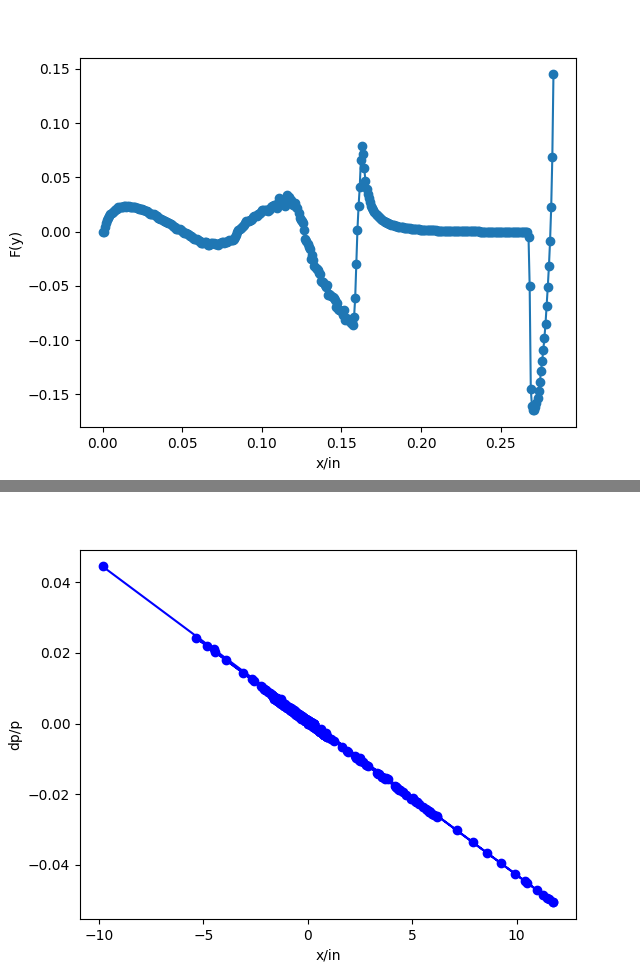
Repository: leiradom/Modified-linear-theory
Script's output: python 2_F_function.py
The author's editor kept a copy of each file at every save. The script's output is drawn from the files as they stood at one save, then again after the next save.
Each picture stacks the figures in order, with grey between them; figures that are only written to a file come last. Random numbers start from a fixed seed.

Above is the script's output before, as saved 2021-04-08 21:21:50.

### 2_F_function.py
#本程序实现求解无升力构型的F函数
#同时求解出未经修正的压力信号
#F函数是无量纲的

import math
import numpy as np
import matplotlib.pyplot as plt


M = 1.7                    #输入马赫数
P0 = 101325                 #输入大气静压
gama = 1.4                  #比热比
B = math.sqrt(M * M - 1)    #修正因子
k = (1 / math.sqrt(2)) * (gama + 1) * M**4 * B**(-1.5)   #特征性系数k
r0 = 63.072                      #r0为计算的位置  DWB为63.072  model1为20 2、3为10
con = (gama * M**2)/(math.sqrt(2 * B * r0))


volume = np.loadtxt("se.txt",dtype=np.float64)   #存放体积分布的数据文件
#Lift = np.loadtxt("volume.txt",dtype=np.float64)    #存放升力分布的数据文件
#cau = np.loadtxt("cauchy.txt",dtype=np.float64)      #积分含有哑元的存放

a = len(volume)        #a为b的长度
#print(a)              #检查文件长度

X = np.ones(a)     #存放x的数组
Y = np.ones(a)     #存放y的数组
Y0 = np.ones(a)    #存放含哑元的表达式的值


#提取体积分布数据中的两列数据
for i in range(0,a):
    c = volume[i][0]
    d = volume[i][1]
    #ca = cau[i][1]
    X[i] = c
    Y[i] = d
    #Y0[i] = ca

#print(X)
#print(Y)

#通过变上限积分求解F函数，积分使用梯形公式
F = np.ones(a, dtype=np.float64)   #产生一个长度为a的初始化数组
X1 = np.ones(a, dtype=np.float64)
delta_P = np.ones(a, dtype=np.float64)
X1[0] = 0.0        #强制F的第一个值为0
delta_P[0] = 0.0   #强制F的第一个值为0
F[0] = 0.0         #强制F的第一个值为0


for i in range(1,a):
    #内层积分，积到x
    s = 0
    for j in range(0,i-1):
        s0 =Y[j+1] * ((1 / math.sqrt(X[i]-X[j+1])) + Y[j] * (1 / math.sqrt(X[i]-X[j])) * (X[j + 1] - X[j]) / (2))
        #s0 = (((Y0[j+1] + Y0[j]) * (X[j + 1] - X[j])) / (2))    #第(j+1)个梯形的面积
        s = s0 + s    #S为最后的积分
    #内层积分，积到x
    F[i] = (1/(2 * math.pi)) * s / 170   #乘以外面的一个
    #print(X[i],F[i])
    delta_P[i] = con * F[i]
    #print(delta_P[i])
    X1[i] = (B * r0 - k * F[i] * math.sqrt(r0) + X[i])
    #print(X1[i]-B * r0,delta_P[i])


#将计算结果输出


#绘制F函数的图像
plt.plot(X, F,'-o')
plt.xlabel("x/in")
plt.ylabel('F(y)')
plt.show()




X0 = np.zeros(a)
for i in range(1,a):
    X0[i] = X1[i] - B * r0

#绘制未修正的过压的图像
plt.plot(X0, delta_P,'-o',c='b')
plt.xlabel("x/in")
plt.ylabel('dp/p')
plt.show()

for i in range(1,a):
    print(X0[i],delta_P[i])

#delta_P = np.ones[a]    #储存过压的数组
#delta_P[i] = P0 * ((gama * M * M)/(math.sqrt(2 * B * r0))) * F[i]

### se.txt
0.0 0.08476272949874927
0.00071150326 0.12621862033543882
0.0014230065 0.13317135113415343
0.0021345099 0.12929745575862278
0.0028460131 0.12546016913768077
0.0035575163 0.12098825114300815
0.0042690197 0.1292007264129916
0.0049805227 0.11165751586830149
0.0056920261 0.10032995753137214
0.0064035296 0.09804301882091118
0.0071150325 0.09620108939184939
0.007826536 0.0934503203486448
0.0085380394 0.09123649418380514
0.0092495428 0.10617769437960242
0.0099610453 0.07961612372109338
0.010672549 0.07391044961621004
0.011384052 0.0710299239016933
0.012095556 0.0704651113895951
0.012807059 0.06812116661015297
0.013518562 0.058263821938152716
0.014230065 0.052007632081339655
0.014941568 0.06166608891264542
0.015653072 0.051455668556217915
0.016364574 0.04805883073116462
0.017076079 0.04590164869200585
0.017787581 0.045148806638085855
0.018499086 0.04429462046150946
0.019210588 0.04440320345005237
0.019922091 0.035998880136475474
0.020633595 0.024597666338979356
0.021345098 0.014968164971280949
0.022056602 0.016236776220819624
0.022768104 0.02464109953439039
0.023479607 0.03108549990469724
0.024191111 0.02040274354808968
0.024902614 0.01009640821846358
0.025614118 0.019092508819602404
0.026325621 0.007347448891730621
0.027037123 0.0017518055485576914
0.027748628 -0.004147870162510861
0.02846013 -0.012885181307652052
0.029171634 -0.006840728278485408
0.029883137 -0.011822877736363303
0.030594639 0.009124590470946282
0.031306144 0.006893210056294433
0.032017648 -0.0025354127825842603
0.032729149 -0.012251780541116995
0.033440653 -0.02021272331813039
0.034152158 -0.03333316776762746
0.034863658 -0.02465557726620633
0.035575163 -0.01569567099456137
0.036286667 -0.020006415639880464
0.036998171 -0.03101854039509067
0.037709672 -0.03335850379829769
0.038421176 -0.024458318170336002
0.039132681 -0.01811707163917251
0.039844181 -0.02572511970339385
0.040555686 -0.04254281491293951
0.04126719 -0.023937119825293243
0.041978691 -0.025980289726515678
0.042690195 -0.03526232553080319
0.0434017 -0.045651907818363285
0.044113204 -0.05833078144775315
0.044824705 -0.0347375077528601
0.045536209 -0.06184525084372896
0.046247713 -0.04465294432374398
0.046959214 -0.03419278309361567
0.047670718 -0.03310514349166895
0.048382223 -0.04177911456016522
0.049093727 -0.05654278156967707
0.049805228 -0.06890314509934924
0.050516732 -0.05597453059626776
0.051228236 -0.042651397901470156
0.051939737 -0.039223794896353206
0.052651241 -0.04509813457677605
0.053362746 -0.05800503248208763
0.054074246 -0.06979714503839954
0.054785751 -0.04528453537377369
0.055497255 -0.0616896152268195
0.05620876 -0.06841814108383713
0.05692026 -0.06706085372697104
0.057631765 -0.0550262391629644
0.058343269 -0.049577182854345855
0.05905477 -0.06366220618544918
0.059766274 -0.06869683742109932
0.060477778 -0.0570386438840496
0.061189279 -0.07591217701009761
0.061900783 -0.05754174506429637
0.062612288 -0.04341147882130732
0.063323788 -0.03629024448909116
0.064035296 -0.03557721619760829
0.064746797 -0.06885428275450187
0.065458298 -0.0758307397686935
0.066169806 -0.05852804054358669
0.066881306 -0.026823617604225518
0.067592807 -0.011176808954499262
0.068304315 -0.017686359117913462
0.069015816 -0.03915864510319067
0.069727316 -0.048245231528186786
0.070438825 -0.04407202533498117
0.071150325 -0.03684220801420984
0.071861833 -0.045479984753138664
0.072573334 -0.02280604702792936
0.073284835 -0.0019635423762623533
0.073996343 -0.0035796191890892885
0.074707843 -0.02004080025295482
0.075419344 -0.028298536531965065
0.076130852 -0.010400440586371466
0.076842353 -0.025071812055667827
0.077553853 -0.011902505261262068
0.078265361 0.008822367819482431
0.078976862 0.018670844880759745
0.079688363 0.004397611036165687
0.080399871 -0.01119309640276537
0.081111372 -0.011006695605767728
0.081822872 0.018947731501528838
0.08253438 0.04100455590853051
0.083245881 0.06447838831603249
0.083957382 0.08669627748932479
0.08466889 0.09423736604398861
0.08538039 0.06924880094619347
0.086091898 0.061150319717054334
0.086803399 0.060949441188234615
0.0875149 0.0599667651418569
0.088226408 0.07561900294103789
0.088937908 0.09882318759359597
0.089649409 0.10266521567175492
0.090360917 0.054394648112910164
0.091072418 0.05222117862546076
0.091783918 0.061045356161460805
0.092495427 0.050114668647666984
0.093206927 0.07093364698516912
0.093918428 0.10354835731192027
0.094629936 0.09913626854395705
0.095341437 0.04207228862922495
0.096052937 0.06596416554263246
0.096764445 0.09901139810713576
0.097475946 0.06013687849058843
0.098187454 0.06737574439377614
0.098898955 0.09987825229901048
0.099610455 0.10557885919776468
0.100322 0.0832107635569686
0.1010335 0.06366582561838631
0.101745 0.05586594760771259
0.1024565 0.038203114804013054
0.103168 0.04084530085863487
0.1038795 0.059250117417461425
0.104591 0.0798265937472443
0.1053025 0.09453958869541568
0.106014 0.1069723408841001
0.1067255 0.0867759050143094
0.107437 0.06386489443071293
0.1081485 0.0013934816863599554
0.10886 0.023381536867237443
0.1095715 0.16352598075266211
0.110283 0.21016237433384716
0.1109945 -0.047360280171454765
0.111706 0.03699060476514695
0.1124175 0.0794827476168441
0.113129 0.00646068781861588
0.1138405 0.011473602456496111
0.114552 0.15259529323884377
0.1152635 0.22585261617901511
0.115975 0.06214566377871198
0.1166865 0.08131056125735117
0.117398 -0.003818501763920481
0.1181095 -0.03831169779249465
0.118821 -0.012432752188758004
0.1195325 0.04189493641466822
0.120244 0.04971291159000303
0.1209556 -0.06549363925899149
0.1216671 -0.023689188668045664
0.1223786 -0.10563315069209131
0.1230901 -0.15641379500276426
0.1238016 -0.12079857475921806
0.1245131 -0.05640886255041488
0.1252246 -0.10671898057754495
0.1259361 -0.22096638169427757
0.1266476 -0.347013134233319
0.1273591 -0.18734184957409572
0.1280706 -0.21184541065632972
0.1287821 -0.18949541218026833
0.1294936 -0.19011071578208097
0.1302051 -0.39274466957654425
0.1309166 -0.08713784830946879
0.1316281 -0.25346888959953645
0.1323396 -0.30663835965837416
0.1330511 -0.23470212974559954
0.1337626 -0.19814585693452613
0.1344741 -0.21001759701582265
0.1351856 -0.21788986368545957
0.1358971 -0.20236249632314893
0.1366086 -0.3475379520112621
0.1373201 -0.21074148360614142
0.1380316 -0.19892403501914702
0.1387431 -0.24577759457744242
0.1394546 -0.23671091503369857
0.1401661 -0.1240922587451464
0.1408776 -0.40673377793444593
0.1415891 -0.2121711596219462
0.1423007 -0.21220735395151363
0.1430122 -0.20853362950561766
0.1437237 -0.1931329422966459
0.1444352 -0.19345869126226237
0.1451467 -0.2340868261437869
0.1458582 -0.3527137411320977
0.1465697 -0.11357780602071596
0.1472812 -0.3444252396729257
0.1479927 -0.243316380170388
0.1487042 -0.20095091747202976
0.1494157 -0.23768816193064607
0.1501272 -0.26492439489134695
0.1508387 -0.06562031941228133
0.1515502 -0.41663292705701466
0.1522617 -0.187088489267467
0.1529732 -0.22592500483800285
0.1536847 -0.18703419777321392
0.1543962 -0.19702383271957863
0.1551077 -0.2659197389530046
0.1558192 -0.16182484726542037
0.1565307 -0.26935820025700646
0.1572422 0.01952684077379857
0.1579537 0.38823847555184793
0.1586652 0.9035154282714578
0.1593767 1.141858707566323
0.1600882 1.0367992369971202
0.1607997 0.9645951690459194
0.1615112 1.2333127296705289
0.1622227 1.0074112511467153
0.1629342 0.3974734587278547
0.1636457 0.08726090902974792
0.1643573 -0.015683002979195598
0.1650688 -0.010956023544451791
0.1657803 0.002949837855528145
0.1664918 0.029943568808485196
0.1672033 -0.008824177535975518
0.1679148 -0.01773341174629228
0.1686263 -0.0033081617177504073
0.1693378 0.005335044170633156
0.1700493 0.0029480281390595834
0.1707608 -0.0006840728278387303
0.1714723 0.0
0.1721838 0.0
0.1728953 0.0
0.1736068 0.0
0.1743183 0.0
0.1750298 0.0
0.1757413 0.0
0.1764528 0.0
0.1771643 0.0
0.1778758 0.0
0.1785873 0.0
0.1792988 0.0
0.1800103 0.0
0.1807218 0.0
0.1814333 0.0
0.1821448 0.0
0.1828563 0.0
0.1835678 0.0
0.1842794 0.0
0.1849909 0.0
0.1857024 0.0
0.1864139 0.0
0.1871254 0.0
0.1878369 0.0
0.1885484 0.0
0.1892599 0.0
0.1899714 0.0
0.1906829 0.0
0.1913944 0.0
0.1921059 0.0
0.1928174 0.0
0.1935289 0.0
0.1942404 0.0
0.1949519 0.0
0.1956634 0.0
0.1963749 0.0
0.1970864 0.0
0.1977979 0.0
0.1985094 0.0
0.1992209 0.0
0.1999324 0.0
0.2006439 0.0
0.2013554 0.0
0.2020669 0.0
0.2027784 0.0
0.2034899 0.0
0.2042014 0.0
0.2049129 0.0
0.2056244 0.0
0.2063359 0.0
0.2070474 0.0
0.2077589 0.0
0.2084705 0.0
0.209182 0.0
0.2098935 0.0
0.210605 0.0
0.2113165 0.0
0.212028 0.0
0.2127395 0.0
0.213451 0.0
0.2141625 0.0
0.214874 0.0
0.2155855 0.0
0.216297 0.0
0.2170085 0.0
0.21772 0.0
0.2184315 0.0
0.219143 0.0
0.2198545 0.0
0.220566 0.0
0.2212775 0.0
0.221989 0.0
0.2227005 0.0
0.223412 0.0
0.2241235 0.0
0.224835 0.0
0.2255465 0.0
0.226258 0.0
0.2269695 0.0
0.227681 0.0
0.2283925 0.0
0.2291041 0.0
0.2298156 0.0
0.2305271 0.0
0.2312386 0.0
0.2319501 0.0
0.2326616 0.0
0.2333731 0.0
0.2340846 0.0
0.2347961 0.0
0.2355076 0.0
0.2362191 0.0
0.2369306 0.0
0.2376421 0.0
0.2383536 0.0
0.2390651 0.0
0.2397766 0.0
0.2404881 0.0
0.2411996 0.0
0.2419111 0.0
0.2426226 0.0
0.2433341 0.0
0.2440456 0.0
0.2447571 0.0
0.2454686 0.0
0.2461801 0.0
0.2468916 0.0
0.2476031 0.0
0.2483146 0.0
0.2490261 0.0
0.2497377 0.0
0.2504492 0.0
0.2511607 0.0
0.2518722 0.0
0.2525837 0.0
0.2532952 0.0
0.2540067 0.0
0.2547182 0.0
0.2554297 0.0
0.2561412 0.0
0.2568527 0.0
0.2575642 0.0
0.2582757 0.0
0.2589872 0.0
0.2596987 0.0
0.2604102 0.0
0.2611217 0.0
0.2618332 0.0
0.2625447 0.0
0.2632562 0.0
0.2639677 0.0
0.2646792 0.0
0.2653907 0.0
0.2661022 0.0
0.2668137 -0.14586857709834375
0.2675252 -1.3130017849655737
0.2682367 -3.1238656210042075
0.2689482 -1.520456823451661
0.2696597 -1.0871401202042403
0.2703712 -0.8245701664479103
0.2710827 -0.6435188913436989
0.2717943 -0.511382442863691
0.2725058 -0.4093759639891168
0.2732173 -0.2910784173994822
0.2739288 -0.17172218667152053
0.2746403 -0.04729151094542868
0.2753518 0.022509253525920248
0.2760633 0.0888009777506868
0.2767748 0.1869057079034126
0.2774863 0.3141016304045342
0.2781978 0.4755102428804992
0.2789093 0.5907964212544231
0.2796208 0.718390119436903
0.2803323 0.925251751890543
0.2810438 1.261463231394779
0.2817553 1.8610291948447568
0.2824668 2.976652026426724
0.2831783 0.6678619486716929

After the next save:
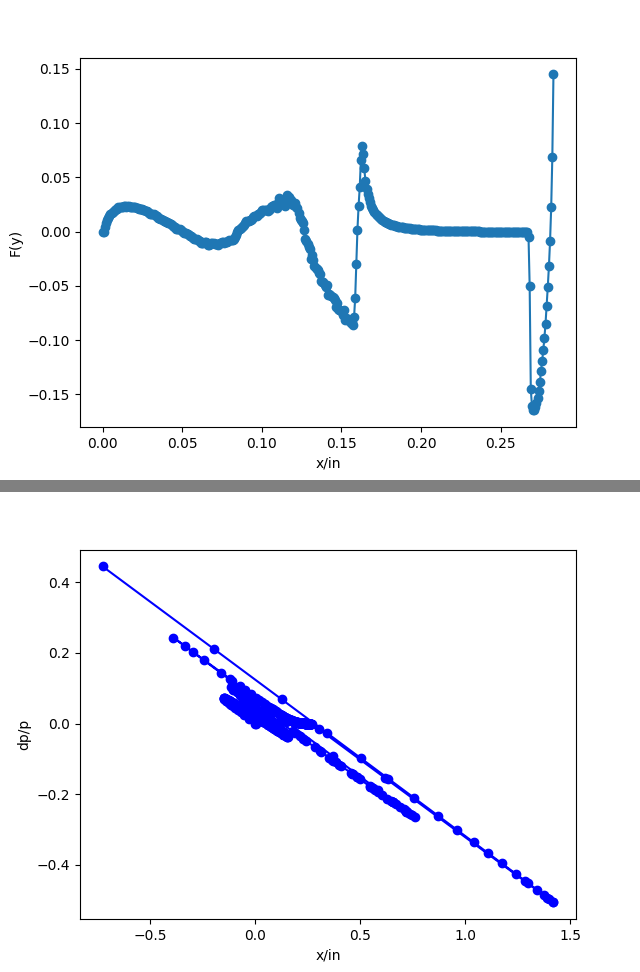
Saved 2 min 3 s later.
--- a/2_F_function.py
+++ b/2_F_function.py
@@ -12,7 +12,7 @@ P0 = 101325                 #输入大气静压
 gama = 1.4                  #比热比
 B = math.sqrt(M * M - 1)    #修正因子
 k = (1 / math.sqrt(2)) * (gama + 1) * M**4 * B**(-1.5)   #特征性系数k
-r0 = 63.072                      #r0为计算的位置  DWB为63.072  model1为20 2、3为10
+r0 = 0.63072                      #r0为计算的位置  DWB为63.072  model1为20 2、3为10
 con = (gama * M**2)/(math.sqrt(2 * B * r0))
 
 
